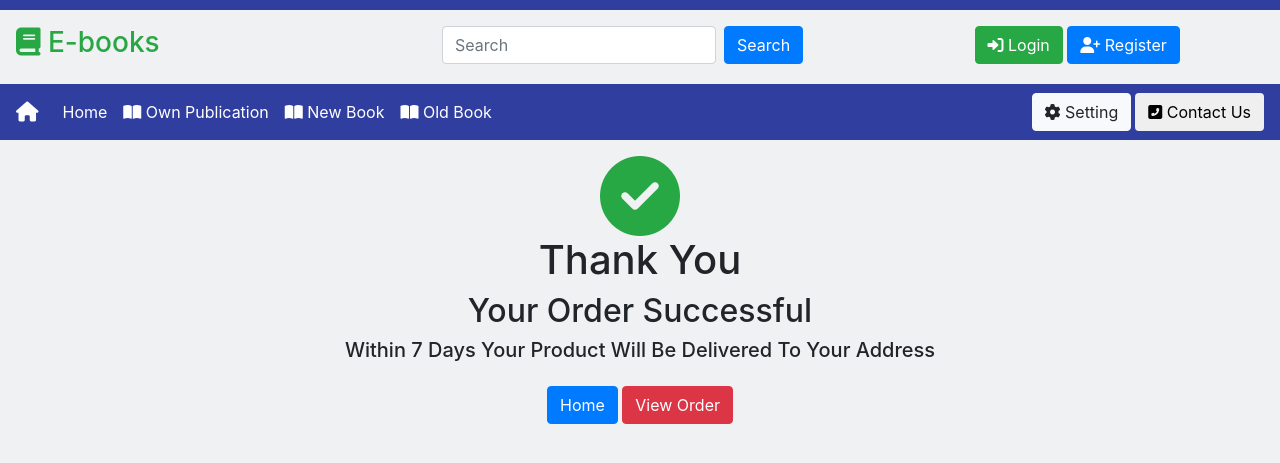
Repository: rakib1904107/Online-Bookshop_JavaProject
Page: http://localhost/Ebook-App/order_success.jsp
These files come from the project's save history. The page is drawn as it stood at one moment and after the next save; the edit follows.
The browser window is 1280 px wide. The pictures show the whole page.
Some web libraries are served in a nearby version. The page is served by Tomcat 10.

Above is the page before, as saved 2023-01-29 03:28:51.

After the next save:
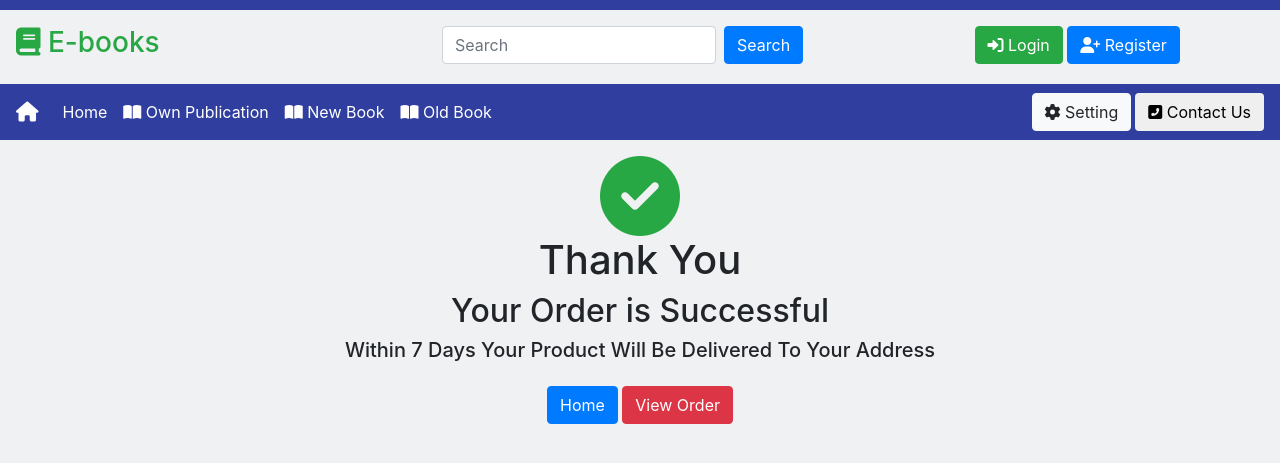
Saved 3 min 34 s later.
--- a/Ebook-App/src/main/webapp/order_success.jsp
+++ b/Ebook-App/src/main/webapp/order_success.jsp
@@ -12,10 +12,10 @@
 <div class="container text-center mt-3">
 		<i class="fas fa-check-circle fa-5x text-success"></i>
 		<h1>Thank You</h1>
-		<h2>Your Order Successful</h2>
+		<h2>Your Order is Successful</h2>
 		<h5>Within 7 Days Your Product Will Be Delivered To Your Address</h5>
 		<a href="index.jsp" class="btn btn-primary mt-3">Home</a> <a
-		href="user_order.jsp" class="btn btn-danger mt-3">View Order</a>
+		href="order.jsp" class="btn btn-danger mt-3">View Order</a>
 
 </div>
 
